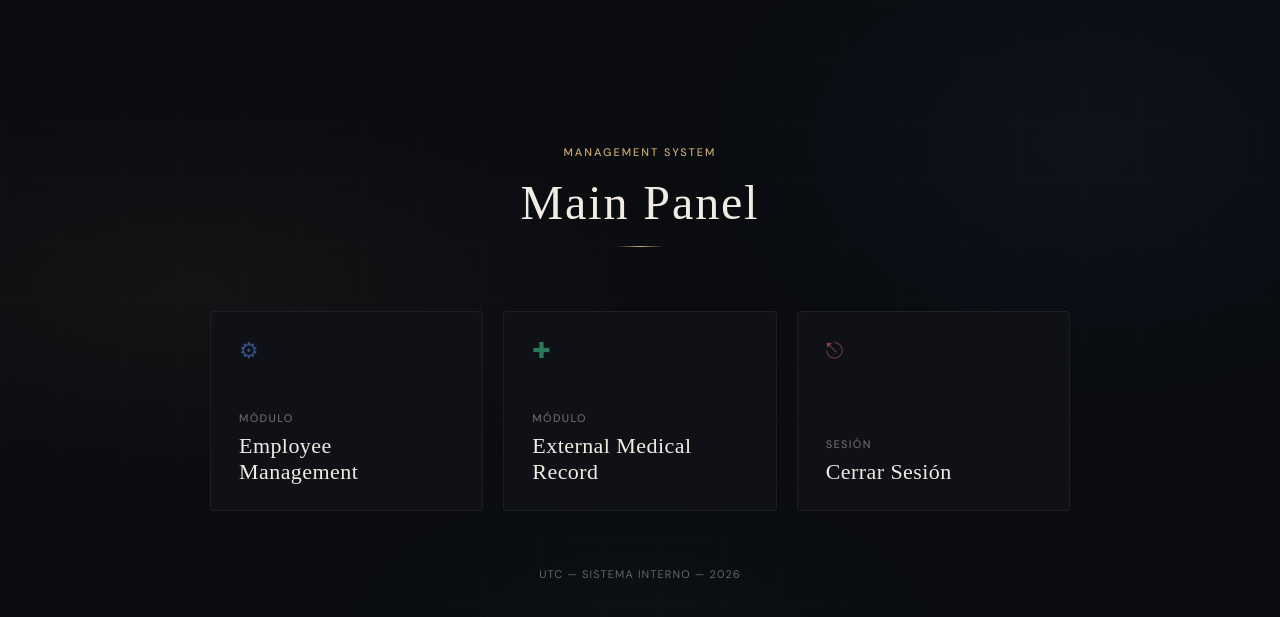
Repository: ISMAEL2003UTC/proyecto_spring
Page: http://localhost/home
The author's editor kept a copy of each file at every save. The page is drawn from the files as they stood at one save, then again after the next save.
The browser window is 1280 px wide. The pictures show the whole page.
Some web fonts or font styles are not loaded; a fallback is used. The page is this project's Thymeleaf template; nobody is signed in. The template is opened directly, without the code that normally fills it, so the values that code supplies are empty.

Above is the page before, as saved 2026-02-24 01:08:46.

After the next save:
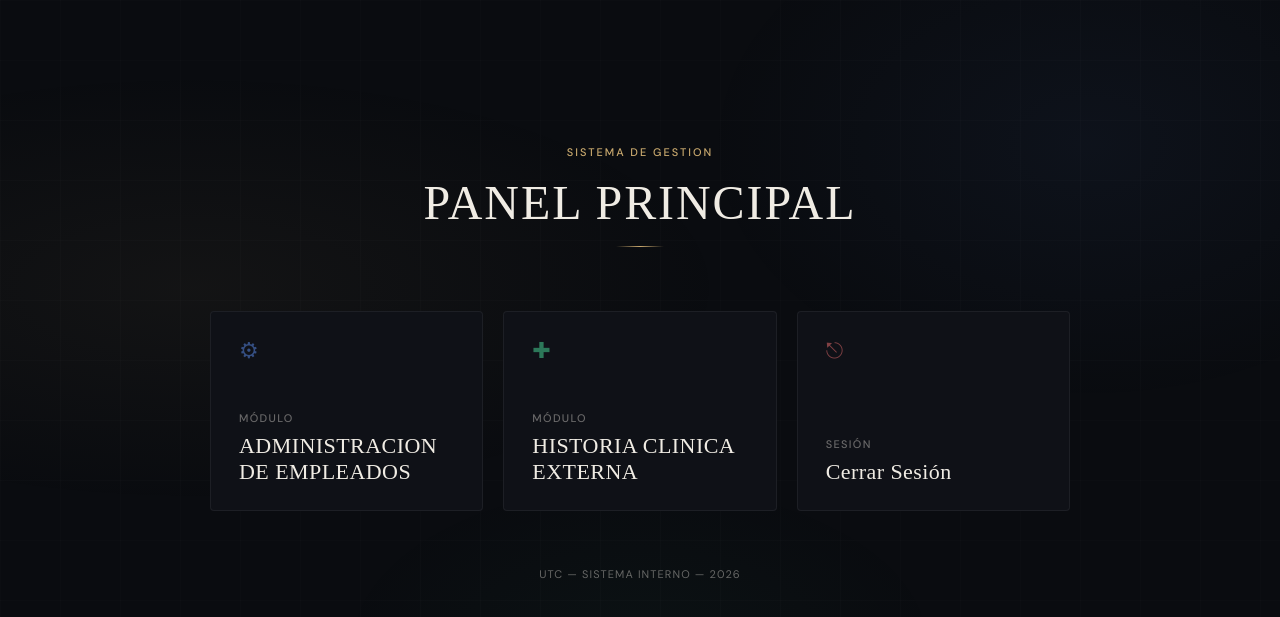
Saved 5 min 14 s later.
--- a/gestion/src/main/resources/templates/home.html
+++ b/gestion/src/main/resources/templates/home.html
@@ -12,8 +12,8 @@
 
     <!-- Header -->
     <div class="dashboard-header">
-        <span class="dashboard-eyebrow">Management System</span>
-        <h1>Main Panel</h1>
+        <span class="dashboard-eyebrow">SISTEMA DE GESTION</span>
+        <h1>PANEL PRINCIPAL</h1>
         <div class="dashboard-line"></div>
     </div>
 
@@ -23,14 +23,14 @@
         <a class="card-btn card-blue" th:href="@{/empleados}">
             <span class="card-icon">&#9881;</span>
             <span class="card-label">Módulo</span>
-            <span class="card-title">Employee Management</span>
+            <span class="card-title">ADMINISTRACION DE EMPLEADOS</span>
             <span class="card-arrow">&#8594;</span>
         </a>
 
         <a class="card-btn card-green" th:href="@{/historias}">
             <span class="card-icon">&#10010;</span>
             <span class="card-label">Módulo</span>
-            <span class="card-title">External Medical Record</span>
+            <span class="card-title">HISTORIA CLINICA EXTERNA</span>
             <span class="card-arrow">&#8594;</span>
         </a>
 
